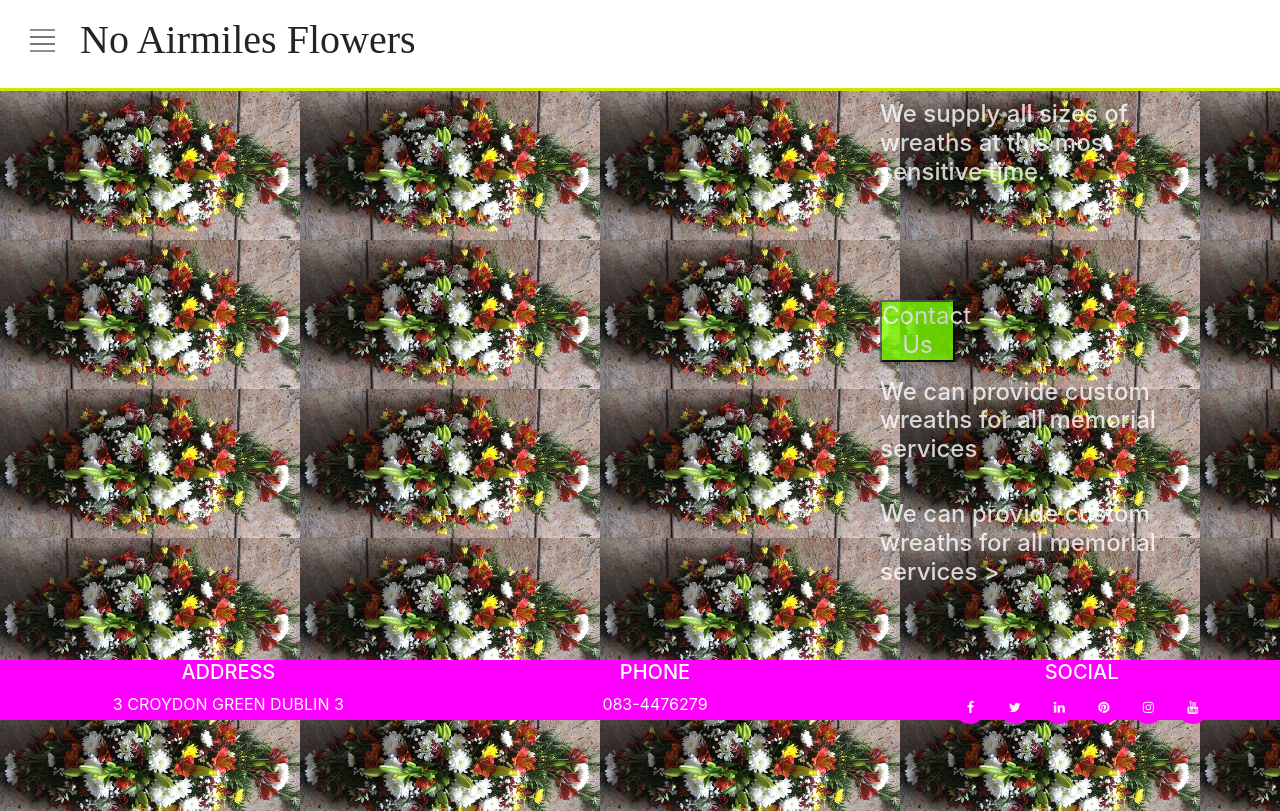
Repository: ConorTC1990/Flowers
Page: Wreaths.html
The author's editor kept a record of every edit. The page is drawn from the files as they stood at one moment, then again after the next edit.
The browser window is 1280 px wide. The pictures show the whole page.
Some web libraries are served in a nearby version.

Above is the page before.

After the next edit:
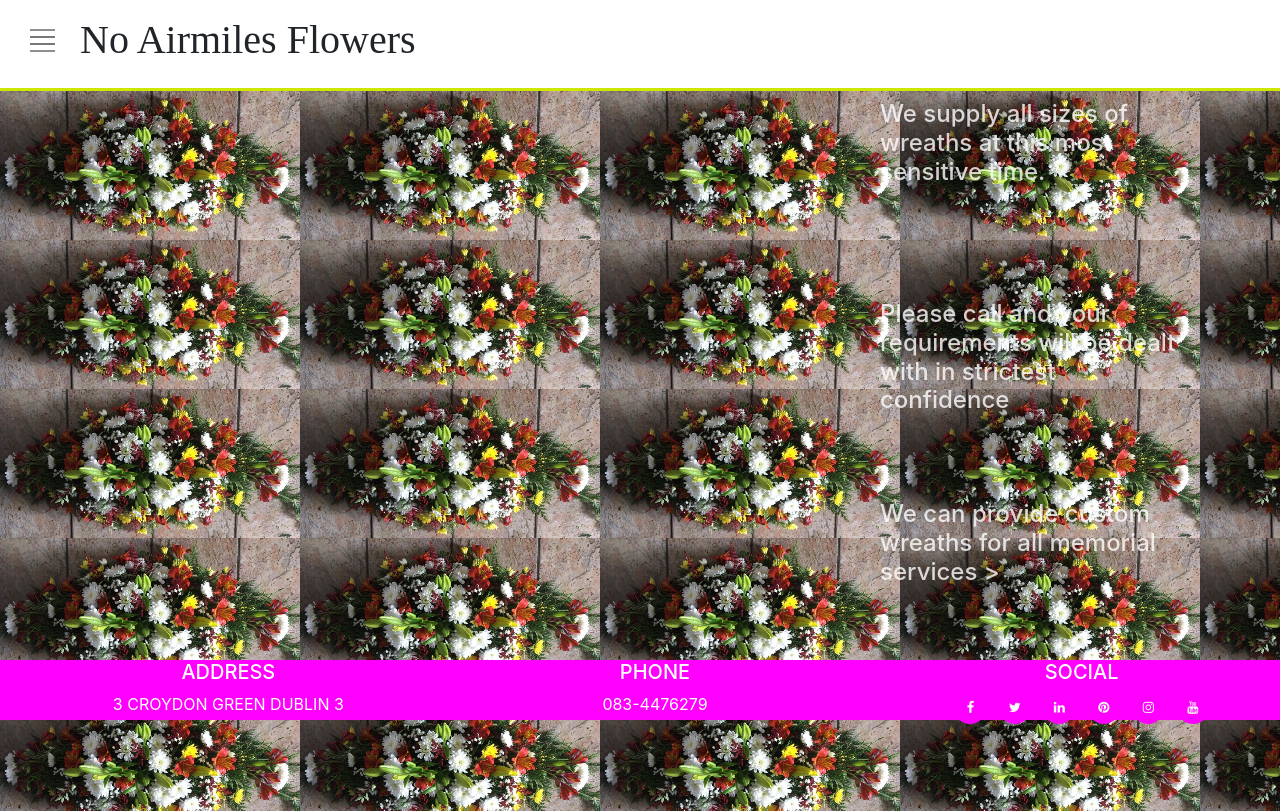
The edit:
--- a/Wreaths.html
+++ b/Wreaths.html
@@ -38,8 +38,8 @@
           We can provide custom wreaths for all memorial services
         ></h4>
          <h4 class="callout3">
-           <p class"buttonsticky"><button class= "button">Contact Us</button></span></li></p>
-        We can provide custom wreaths for all memorial services</h4>
+
+        Please call and your requirements will be dealt with in strictest confidence</h4>
         </div>
        <div class="videoclass2wreaths">
 		    <div class=videoclass2padding></div>
